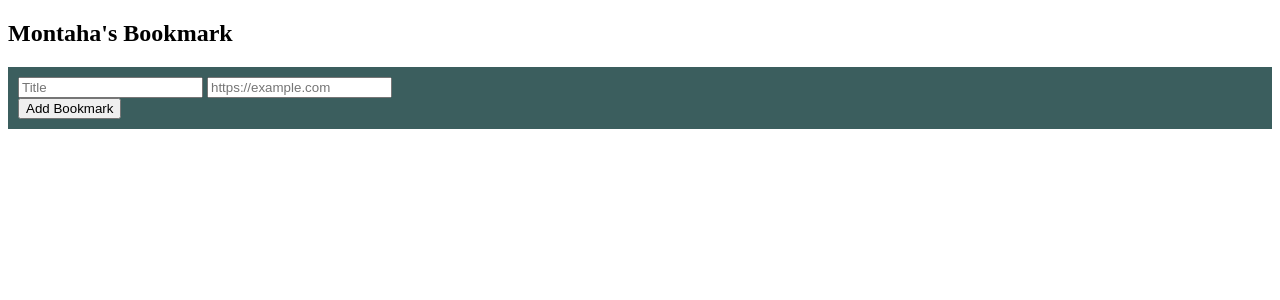
Repository: eidimontaha18-maker/finalproject
Page: index.html
An editor plug-in stored every save of this project. The page is shown before and after the next save, followed by the edit.
The browser window is 1280 px wide. The pictures show the whole page.

Above is the page before, as saved 2025-11-25 23:20:40.

### index.html
<!DOCTYPE html>
<html lang="en">
<head>
    <meta charset="UTF-8">
    <meta name="viewport" content="width=device-width, initial-scale=1.0">
    <title>Montaha's Bookmark</title>
    <link rel="stylesheet" href="style.css">
</head>
<body>
    <nav>
        <h1>Montaha's Bookmark</h1>
    </nav>

    <main>
        <div class="addbookmark">
            <input type="text" placeholder="Title" />
            <input type="text" placeholder="https://example.com" />
            <br>
            <button>Add Bookmark</button>
        </div>
    </main>

</body>
</html>

### style.css
.addbookmark{
    background-color: rgb(59, 94, 94);
    padding: 10px;
    p
}

After the next save:
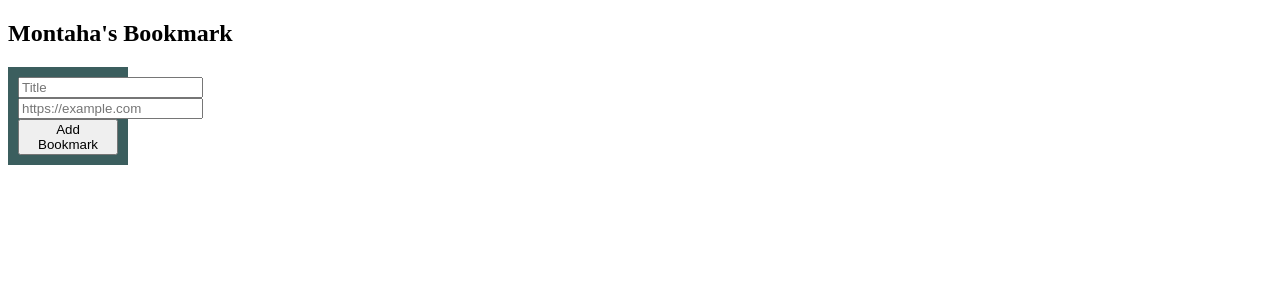
Saved 16 s later.
--- a/style.css
+++ b/style.css
@@ -1,5 +1,5 @@
 .addbookmark{
     background-color: rgb(59, 94, 94);
     padding: 10px;
-    p
+    width: 100px;
 }
